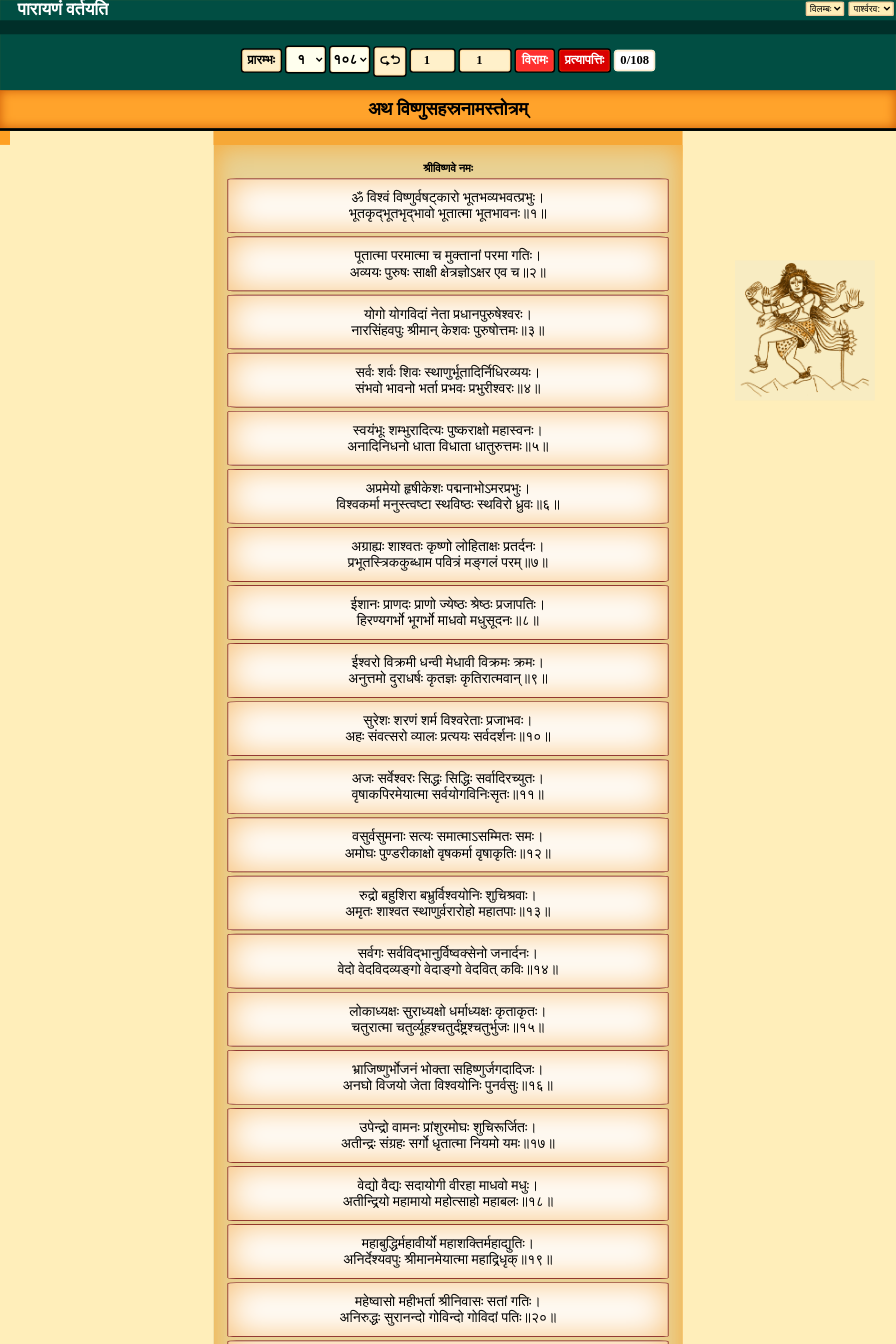
Repository: arshavak/vishnu-sahasranam
Page: index.html
The author's editor kept a copy of each file at every save. The page is drawn from the files as they stood at one save, then again after the next save.
The browser window is 1280 px wide. The pictures show the part of the page from y = 0 to 1920 px (the page is 9274 px tall), at 70% of full size.

Above is the page before, as saved 2024-12-30 12:36:06.
Not found: scripts/sanskrittime.js

After the next save:
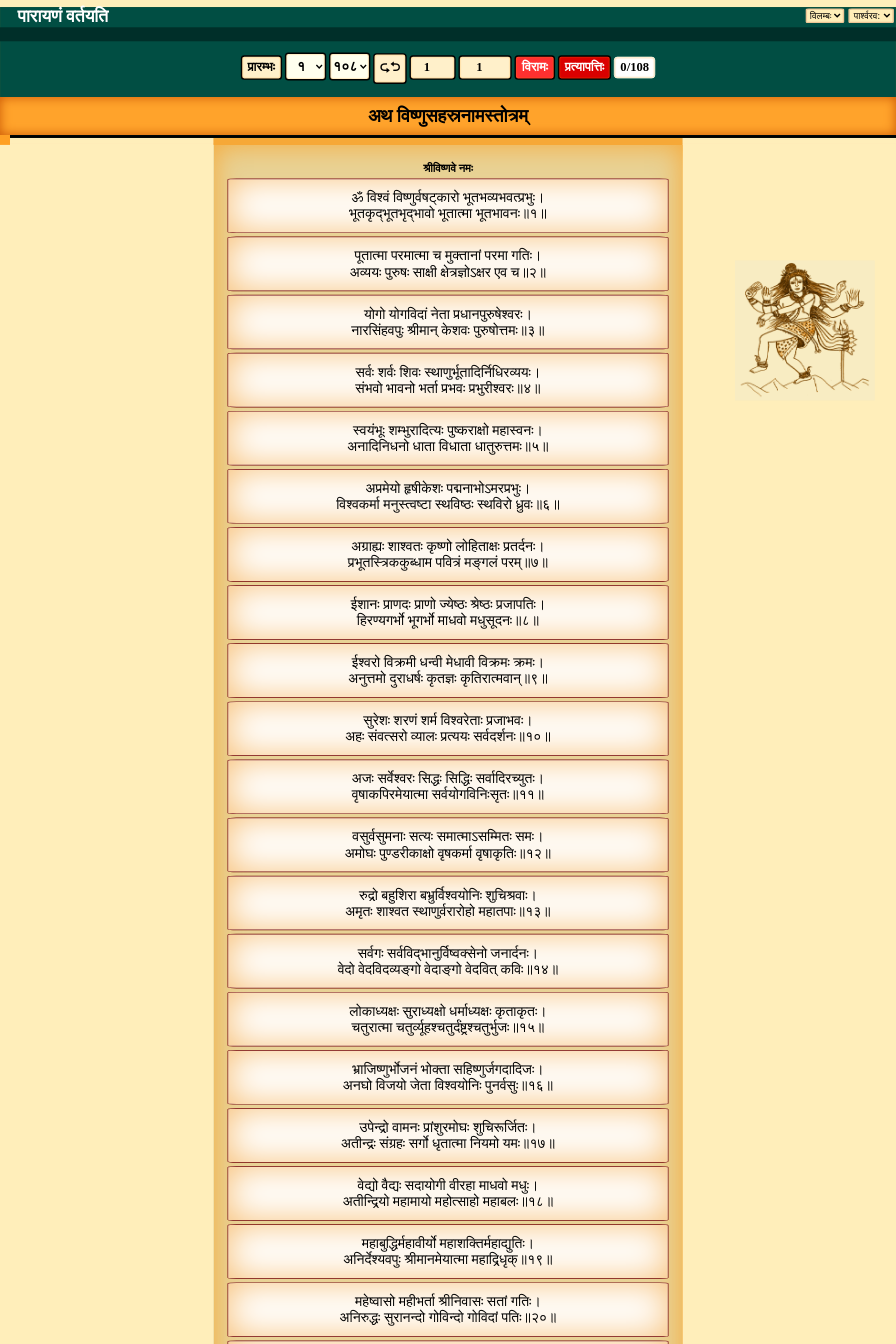
Saved 54 s later.
--- a/style/style.css
+++ b/style/style.css
@@ -166,7 +166,7 @@ border-radius: 5%;
 .player {
   display: block;
   position: fixed;
-  top: 0px;
+  top: 10px;
   align-items: center;
   /* background-image: url("backgrounds/astaSuraj.jpg");
   background-repeat:repeat;
